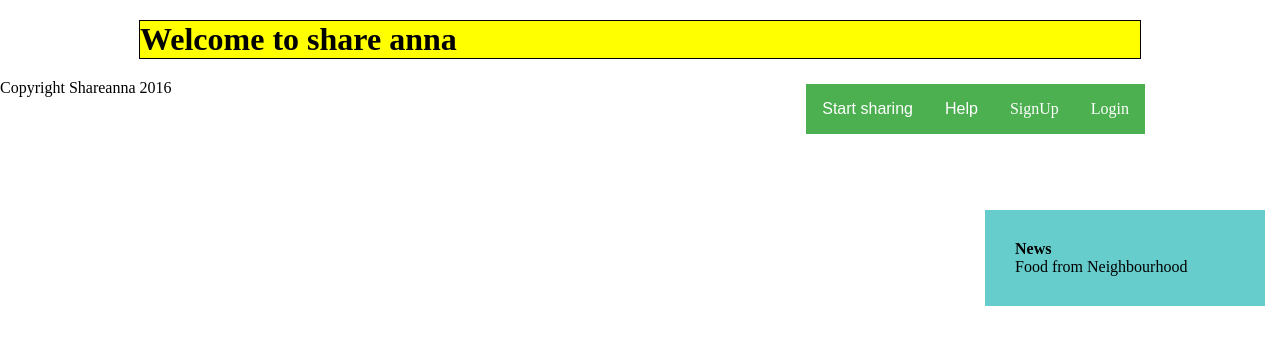
Repository: navigator007/shareanna
Page: practiceSpringMVC_1/src/main/webapp/home.html
An editor plug-in stored every save of this project. The page is shown before and after the next save, followed by the edit.
The browser window is 1280 px wide. The pictures show the whole page.

Above is the page before, as saved 2016-08-20 23:49:44.

After the next save:
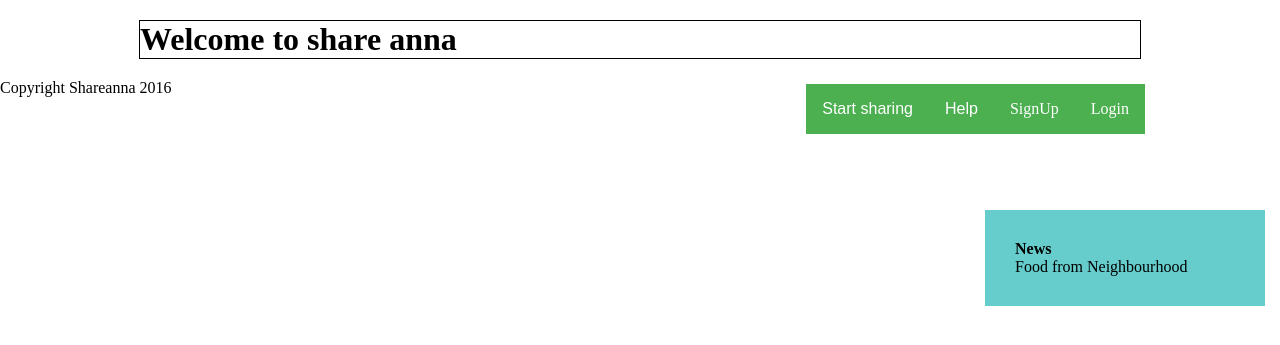
Saved 59 s later.
--- a/practiceSpringMVC_1/src/main/webapp/css/home.css
+++ b/practiceSpringMVC_1/src/main/webapp/css/home.css
@@ -13,7 +13,7 @@ body{
 	border: 1px solid black;
 	width: 1000px;
 	margin: 20px auto;
-	background: yellow;
+	background: none;
 	text-decoration: blink;
 }
 
